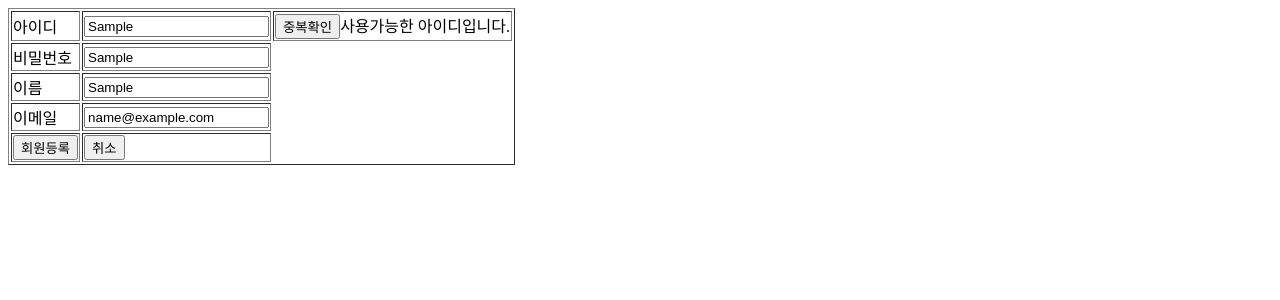
Repository: JungYOsup/Mini_project
Page: http://localhost/EsCape_Room/sign_up_form.jsp
An editor plug-in stored every save of this project. The page is shown before and after the next save, followed by the edit.
The browser window is 1280 px wide. The pictures show the whole page.
Empty fields were first filled with sample values (such as "Sample", 5 or name@example.com).
After loading, the first visible `input[onclick="check(idchk.value)"]` was clicked once.
The page is served by Tomcat 9. Other server files are loaded and not shown. Queries for data that is not in the repository find no rows.

Above is the page before, as saved 2018-01-16 05:39:50.

### EsCape_Room/WebContent/sign_up_form.jsp
<!--- 페이지 디렉티브<%--  <%@page %> --%> : JSP페이지에 대한 설정 정보를 지정 -->
<!--인코딩은 UTF-8이고 , html이다.  -->
<!--이렇게 3가지를 구성해줘야지 한글이 안깨짐  -->
<%@ page language="java" contentType="text/html; charset=UTF-8"%>
<%
	request.setCharacterEncoding("utf-8");
%>
<%
	response.setContentType("text/html; charset=UTF-8");
%>

<!-- <!DOCTYPE html PUBLIC "-//W3C//DTD HTML 4.01 Transitional//EN" "http://www.w3.org/TR/html4/loose.dtd"> HTML4버전     -->
<!DOCTYPE html>
<!--HTML5로 버전을 지정해줌 -->



<html>
<head>

<script type="text/javascript"
	src="http://code.jquery.com/jquery-latest.js"></script>

<script type="text/javascript">
	function check(id) {

		if (id !="") {

			$.ajax({
				url : "AjaxController.do",
				data : "id=" + id,
				type : "post",
				datatype : "json",
				success : function name(obj) {

					var dto = obj["dto"];

					if (dto == null) {//데이터베이스에 아이디가 없을 경우

						$("span[id=sp]").text("사용가능한 아이디입니다.");

					} else {

						$("span[id=sp]").text("이미존재하는 아이디입니다.");

					}

				}

			});
		} else {
			$("span[id=sp]").text("아이디를 입력해주세요.");
		}

	}
</script>
<meta http-equiv="Content-Type" content="text/html; charset=UTF-8">
<title>Insert title here</title>
</head>
<body>
	<form action="Controller.do" method="post">
		<input type="hidden" name="command" value="signup">
		<table border="1">
			<tr>

				<td>아이디</td>
				<td><input type="text" name="id" id="idchk" required="required"></td>
				<td><input type="button" value="중복확인"
					onclick="check(idchk.value)"><span id="sp"></span></td>

			</tr>

			<tr>

				<td>비밀번호</td>
				<td><input type="text" name="pw"></td>
			</tr>
			<tr>

				<td>이름</td>
				<td><input type="text" name="name"></td>
			</tr>
			<tr>

				<td>이메일</td>
				<td><input type="email" name="email"></td>
			</tr>
			<tr>
				<td><input type="submit" value="회원등록" /></td>
				<td><input type="button" value="취소"></td>

			</tr>

		</table>
	</form>
</body>
</html>

### EsCape_Room/src/min/edu/controller/AjaxController.java
package min.edu.controller;

import java.io.IOException;
import java.io.PrintWriter;
import java.util.HashMap;
import java.util.Map;

import javax.servlet.ServletException;
import javax.servlet.annotation.WebServlet;
import javax.servlet.http.HttpServlet;
import javax.servlet.http.HttpServletRequest;
import javax.servlet.http.HttpServletResponse;

import min.edu.dao.Dao;
import min.edu.dto.Dto;
import net.sf.json.JSONObject;

@WebServlet("/AjaxController.do")
public class AjaxController extends HttpServlet {
	private static final long serialVersionUID = 1L;

	protected void doGet(HttpServletRequest request, HttpServletResponse response) throws ServletException, IOException {
		response.getWriter().append("Served at: ").append(request.getContextPath());
		doPost(request, response);
	}

	protected void doPost(HttpServletRequest request, HttpServletResponse response) throws ServletException, IOException {

		request.setCharacterEncoding("utf-8");
		response.setContentType("text/json; charset=utf-8");



		Dao dao  = new Dao();
		Dto dto = null;
		String id = request.getParameter("id");

		dto=dao.selectdetail(id);

		Map<String, Dto> map = new HashMap<String,Dto>();

		map.put("dto", dto);

		JSONObject obj = JSONObject.fromObject(map); //여기서 중요한것은 dto에서 DATE형식은 JSON형태로 바꿀수가 없다. 따라서 쿼리에서 DATE타입을 TO_CHAR형태로 바꿔줘야한다.

		PrintWriter pw = response.getWriter();

		obj.write(pw);



	}

}

### EsCape_Room/src/min/edu/dao/sqlMapConfig.java
package min.edu.dao;

import java.io.IOException;
import java.io.Reader;

import org.apache.ibatis.io.Resources;
import org.apache.ibatis.session.SqlSessionFactory;
import org.apache.ibatis.session.SqlSessionFactoryBuilder;


public class sqlMapConfig {


	private SqlSessionFactory sqlSessionFactory;

	public SqlSessionFactory getSQLSessionFactory() {


		String resource = "min/edu/mybatis/Configuration.xml";


		try {
			Reader reader = Resources.getResourceAsReader(resource);

			sqlSessionFactory=new SqlSessionFactoryBuilder().build(reader);

			reader.close();
		} catch (IOException e) {
			e.printStackTrace();
		}

		return sqlSessionFactory;
	}
}

### EsCape_Room/src/min/edu/dao/Dao.java
package min.edu.dao;

import java.util.ArrayList;
import java.util.HashMap;
import java.util.List;
import java.util.Map;

import org.apache.ibatis.session.SqlSession;

import min.edu.dto.Dto;

public class Dao extends sqlMapConfig{

	private String namespace ="min.edu.room.";

	//1.전체정보가지고오기
	//전체정보는 파라미터로 던지는 값이 없고 , 결과값이 객체로 넘어 온다.

	public List<Dto> selectAll(){

		List<Dto> lists = new ArrayList<Dto>();
		SqlSession sqlSession = null;

		try {
			sqlSession = getSQLSessionFactory().openSession(true);
			lists= sqlSession.selectList(namespace+"selectAll");
		} catch (Exception e) {
			e.printStackTrace();
		}finally {
			sqlSession.close();
		}

		return lists;

	}

	//2.상세정보 가져오기

	public Dto selectdetail(String id) {

		Dto dto = null;
		Map<String, String> map = new HashMap<String,String>();
		map.put("id", id);
		SqlSession sqlSession =null;

		try {
			sqlSession = getSQLSessionFactory().openSession(true);
			dto = sqlSession.selectOne(namespace+"selectdetail", map); //우리가 json때문에 상세정보쿼리문에서 regdate를 to_char로 String형태로 바꿧기 때문에 , 자동으로 mapping을 하려면 dto에도 그
																	   //값을 받을수 있는 파라미터가 필요하다. 그게 dto에서 sregdate!!
		} catch (Exception e) {
			// TODO Auto-generated catch block
			e.printStackTrace();
		}finally {
			sqlSession.close();
		}


		return dto;
	}

	//3.로그인
	public Dto login(String id,String pw) {

		Dto dto = null;
		Map<String, String> map = new HashMap<String,String>();
		SqlSession sqlSession =null;

		map.put("id", id);
		map.put("pw", pw);

		try {
			sqlSession = getSQLSessionFactory().openSession(true);
			dto = sqlSession.selectOne(namespace+"login", map);

		} catch (Exception e) {
			e.printStackTrace();
		}finally {
			sqlSession.close();
		}


		return dto;
	}

	//4.회원가입하기
	//회원가입은 결과로써 성공했느냐 안했느냐만 파악하기위해 boolean으로 리턴값을받고
	//파라미터로 id,pw,name,email을 받겠다.
	public boolean signup(String id, String pw,String name, String email) {

		int count =0;
		SqlSession sqlSession = null;
		Map<String, String> map = new HashMap<String,String>();
		map.put("id", id);
		map.put("pw", pw);
		map.put("name", name);
		map.put("email", email);

		try {
			sqlSession =getSQLSessionFactory().openSession(true);
			count = sqlSession.insert(namespace+"signup", map);

		} catch (Exception e) {
			e.printStackTrace();
		}



		return count>0?true:false;


	}


}

### EsCape_Room/src/min/edu/dto/Dto.java
package min.edu.dto;

import java.sql.Date;


public class Dto {

	private int rank;
	private int seq;
	private String user_id;
	private String user_pw;
	private String user_name;
	private String email;
	private String user_record;
	private	Date regdate;
	private String grade;
	private String enabled;
	private String sregdate;

	//기본생성자를 무조건 써줘야한다, 안그러면 mapping이 안됨
	public Dto() {

	}

	public int getRank() {
		return rank;
	}

	public void setRank(int rank) {
		this.rank = rank;
	}

	public int getSeq() {
		return seq;
	}

	public void setSeq(int seq) {
		this.seq = seq;
	}

	public String getUser_id() {
		return user_id;
	}

	public void setUser_id(String user_id) {
		this.user_id = user_id;
	}

	public String getUser_pw() {
		return user_pw;
	}

	public void setUser_pw(String user_pw) {
		this.user_pw = user_pw;
	}

	public String getUser_name() {
		return user_name;
	}

	public void setUser_name(String user_name) {
		this.user_name = user_name;
	}

	public String getEmail() {
		return email;
	}

	public void setEmail(String email) {
		this.email = email;
	}

	public String getUser_record() {
		return user_record;
	}

	public void setUser_record(String user_record) {
		this.user_record = user_record;
	}

	public Date getRegdate() {
		return regdate;
	}

	public void setRegdate(Date regdate) {
		this.regdate = regdate;
	}

	public String getGrade() {
		return grade;
	}

	public void setGrade(String grade) {
		this.grade = grade;
	}

	public String getEnabled() {
		return enabled;
	}

	public void setEnabled(String enabled) {
		this.enabled = enabled;
	}

	public String getSregdate() {
		return sregdate;
	}

	public void setSregdate(String sregdate) {
		this.sregdate = sregdate;
	}

	@Override
	public String toString() {
		return "Dto [rank=" + rank + ", seq=" + seq + ", user_id=" + user_id + ", user_pw=" + user_pw + ", user_name="
				+ user_name + ", email=" + email + ", user_record=" + user_record + ", regdate=" + regdate + ", grade="
				+ grade + ", enabled=" + enabled + ", sregdate=" + sregdate + "]";
	}






}

After the next save:
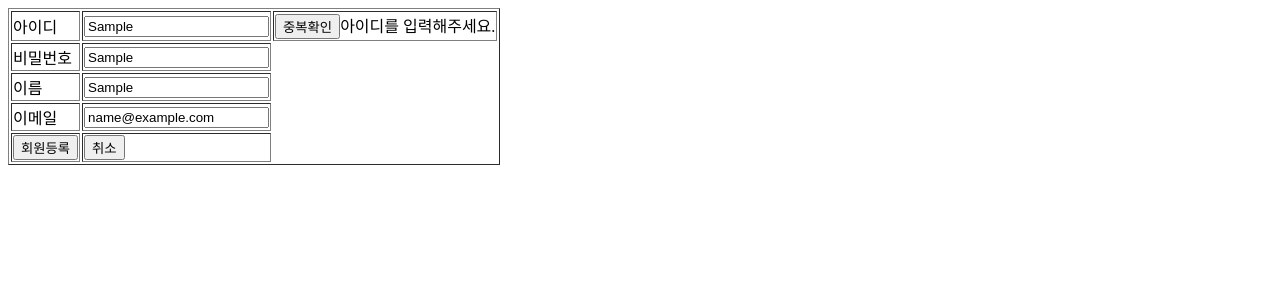
Saved 6 s later.
--- a/EsCape_Room/WebContent/sign_up_form.jsp
+++ b/EsCape_Room/WebContent/sign_up_form.jsp
@@ -24,7 +24,7 @@
 <script type="text/javascript">
 	function check(id) {
 
-		if (id !="") {
+		if (id =="") {
 
 			$.ajax({
 				url : "AjaxController.do",

After the save that followed:
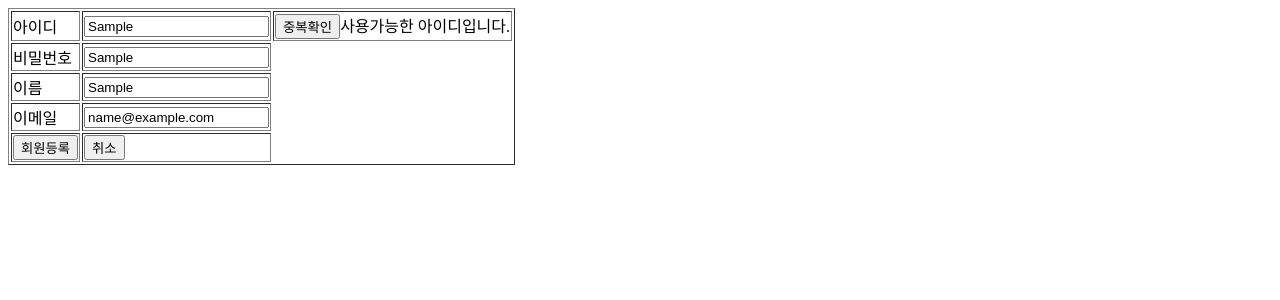
Saved 4 s later.
--- a/EsCape_Room/WebContent/sign_up_form.jsp
+++ b/EsCape_Room/WebContent/sign_up_form.jsp
@@ -26,6 +26,7 @@
 
 		if (id =="") {
 
+		} else {
 			$.ajax({
 				url : "AjaxController.do",
 				data : "id=" + id,
@@ -48,7 +49,6 @@
 				}
 
 			});
-		} else {
 			$("span[id=sp]").text("아이디를 입력해주세요.");
 		}
 
